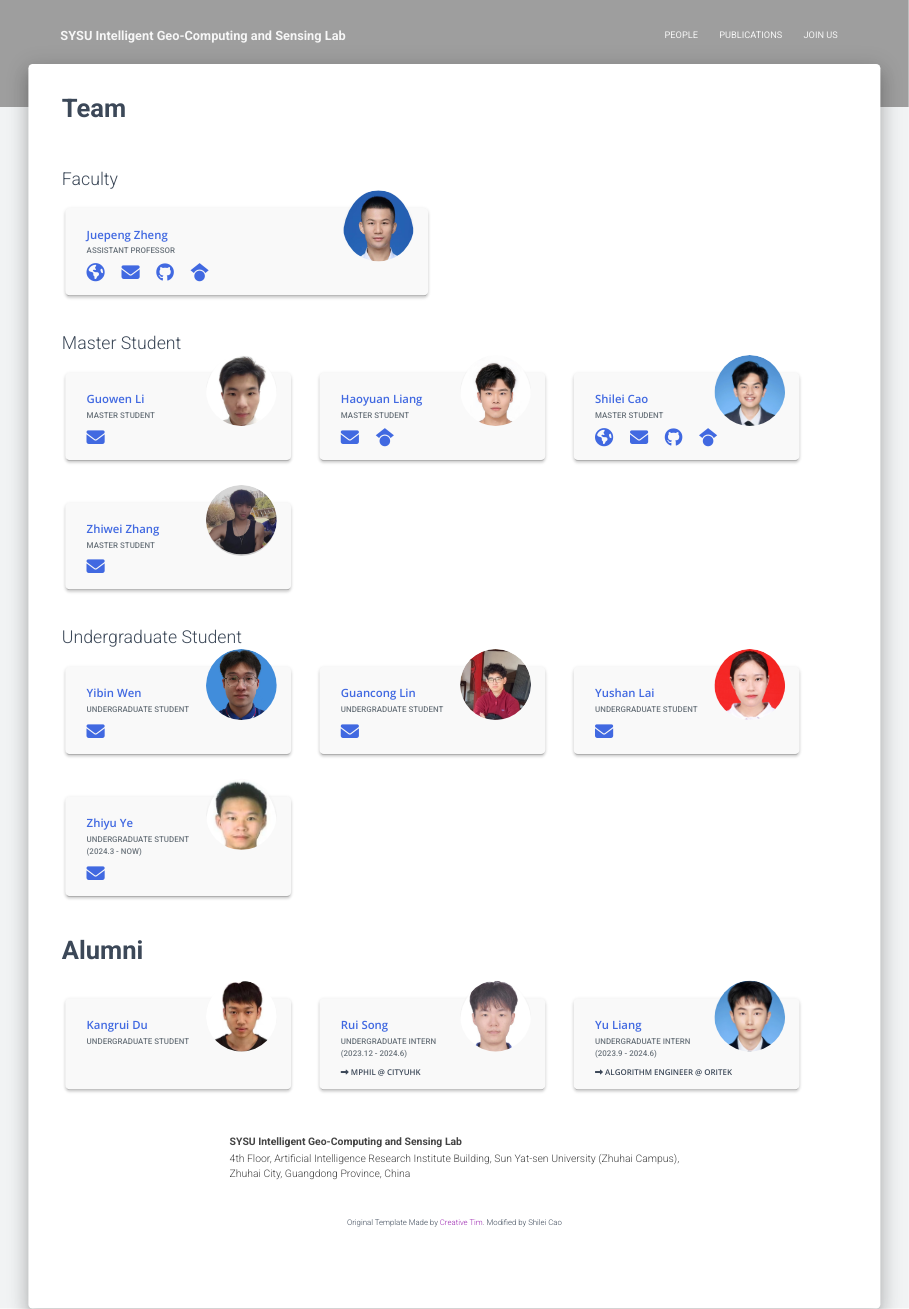
Repository: rssysu/rssysu.github.io
Page: people.html
An editor plug-in stored every save of this project. The page is shown before and after the next save, followed by the edit.
The browser window is 1280 px wide. The pictures show the whole page, at 71% of full size.
Pictures or frames that could not be fetched are drawn as grey boxes. Some web libraries are served in a nearby version.

Above is the page before, as saved 2025-03-18 20:45:08.

### people.html
<!DOCTYPE html>
<html lang="en">

<head>
    <meta charset="utf-8">
    <meta content="width=device-width, initial-scale=1.0, maximum-scale=1.0, user-scalable=0" name="viewport" />
    <meta http-equiv="X-UA-Compatible" content="IE=edge,chrome=1" />
    <!-- Favicons -->
    <!-- <link rel="apple-touch-icon" href="./assets/img/kit/free/apple-icon.png"> -->
    <link rel="icon" href="./assets/img/kit/free/sysu.ico">
    <title>
        SYSU IGCS Lab
    </title>
    <!--     Fonts and icons     -->
    <link rel="stylesheet" type="text/css" target="_blank" href="https://fonts.googleapis.com/css?family=Open+Sans:+400,500,600,700|Roboto:300,400,500,700|Roboto+Slab:400,700|Material+Icons" />
    <link rel="stylesheet" href="https://maxcdn.bootstrapcdn.com/font-awesome/latest/css/font-awesome.min.css" />
    <link rel="stylesheet" href="./assets/css/material-kit.css?v=2.0.2">
    <script src="https://kit.fontawesome.com/516fc2d02f.js" crossorigin="anonymous"></script>
    <!-- Documentation extras -->
    <!-- CSS Just for demo purpose, don't include it in your project -->
    <!-- <link href="./assets/assets-for-demo/demo.css" rel="stylesheet" /> -->
    <!-- iframe removal -->
</head>

<body class="index-page">
    <nav class="navbar navbar-color-on-scroll navbar-transparent navbar-light fixed-top navbar-expand-lg " color-on-scroll="0" id="sectionsNav">
        <div w3-include-html="header.html" class="container"></div>
    </nav>

    <div class="page-header2 header-filter clear-filter" data-parallax="true" style="background-image: url('assets/img/sysu1.jpg'); background-position-y: -170px; background-position: top;">
        <div class="container">
            <div class="row">
                <div class="col-md-8 ml-auto mr-auto">
                    <div class="brand">
                    </div>
                </div>
            </div>
        </div>
    </div>


    <div class="main main-raised">
        <div class="container">
            <div class="title" style="margin-bottom: 0em;">
              <h2><b>Team</b></h2>
            </div>
            <br>
            <div class="title" style="margin-bottom: -1em;">
                <h3>Faculty</h3>
            </div>

            <div class="row">
                <div class="card" style="width: 45%;">
                  <div class="card-body">
                        <div class="author">
                            <div class="avatar">
                                <img src="./assets/img/kit/faces/zjp-1.jpg" class="img-raised rounded-circle img-fluid"/>
                            </div>
                        </div>
                        <h4 class="card-title"> <a href= "./assets/resume/zjp.html" target="_blank"> Juepeng Zheng </a> </h4>
                        <h6 class="card-subtitle mb-2 text-muted">Assistant Professor</h6>
                        <!-- </a> -->
                    <a href="https://hail-alloy-af4.notion.site/Juepeng-Zheng-d3b70a4b409145139c91e55813cc80fa" class="card-link" target="_blank"><i class="fa fa-globe fa-2x" aria-hidden="true"></i></a>
                    <a href="mailto:" class="card-link"><i class="fa fa-envelope fa-2x" aria-hidden="true"></i></a>
                    <a href="https://github.com/rs-dl" class="card-link" target="_blank"><i class="fa fa-github fa-2x" aria-hidden="true"></i></a>
                    <a href="https://scholar.google.com/citations?user=xrb-A3kAAAAJ&hl=zh-CN&oi=ao" class="card-link" target="_blank"><i class="fa-brands fa-google-scholar fa-2x" aria-hidden="true"></i></a>
                  </div>
                </div>

            </div>

            <div class="title" style="margin-bottom: -1em;">
                <h3>Master Student</h3>
            </div>

            <div class="row">

                <div class="card" style="width: 28%;">
                    <div class="card-body">
                            <div class="author">
                                <div class="avatar">
                                    <img src="./assets/img/kit/faces/lgw.jpg" class="img-raised rounded-circle img-fluid"/>
                                </div>
                            </div>
                            <h4 class="card-title"> <a href="./assets/resume/lgw.html" target="_blank"> Guowen Li </a></h4>
                            <h6 class="card-subtitle mb-2 text-muted">Master Student</h6>

                            <a href="mailto:ligw8@mail2sysu.edu.cn" class="card-link"><i class="fa fa-envelope fa-2x" aria-hidden="true"></i></a>

                    </div>
                </div>

                <div class="card" style="width: 28%;">
                    <div class="card-body">
                            <div class="author">
                                <div class="avatar">
                                    <img src="./assets/img/kit/faces/lhy.jpg" class="img-raised rounded-circle img-fluid"/>
                                </div>
                            </div>
                            <h4 class="card-title"> <a href="./assets/resume/lhy.html" target="_blank">  Haoyuan Liang </a> </h4>
                            <h6 class="card-subtitle mb-2 text-muted">Master Student</h6>

                            <a href="mailto:lianghy68@mail2.sysu.edu.cn" class="card-link"><i class="fa fa-envelope fa-2x" aria-hidden="true"></i></a>
                            <a href="https://scholar.google.com/citations?hl=en&user=O40gNsQAAAAJ" class="card-link" target="_blank"><i class="fa-brands fa-google-scholar fa-2x" aria-hidden="true"></i></a>
                    </div>
                </div>

                <div class="card" style="width: 28%;">
                    <div class="card-body">
                          <div class="author">
                              <div class="avatar">
                                  <img src="./assets/img/kit/faces/csl.jpg" class="img-raised rounded-circle img-fluid"/>
                              </div>
                          </div>
                          <h4 class="card-title" > <a href="./assets/resume/csl.html" target="_blank">  Shilei Cao </a></h4>
                          <h6 class="card-subtitle mb-2 text-muted">Master Student</h6>
                            <a href="https://shileicao.github.io/" class="card-link" target="_blank"><i class="fa fa-globe fa-2x" aria-hidden="true"></i></a>
                            <a href="mailto:caoshlei@mail2.sysu.edu.cn" class="card-link"><i class="fa fa-envelope fa-2x" aria-hidden="true"></i></a>
                            <a href="https://github.com/ShileiCao" class="card-link" target="_blank"><i class="fa fa-github fa-2x" aria-hidden="true"></i></a>
                            <a href="https://scholar.google.com/citations?user=-bCjtakAAAAJ&hl=en" class="card-link" target="_blank"><i class="fa-brands fa-google-scholar fa-2x" aria-hidden="true"></i></a>
                    </div>
                </div>

                <div class="card" style="width: 28%;">
                    <div class="card-body">
                            <div class="author">
                                <div class="avatar">
                                    <img src="./assets/img/kit/faces/zzw.jpg" class="img-raised rounded-circle img-fluid"/>
                                </div>
                            </div>
                            <h4 class="card-title"> <a href="./assets/resume/zzw.html" target="_blank">  Zhiwei Zhang </a> </h4>
                            <h6 class="card-subtitle mb-2 text-muted">Master Student</h6>
                            <a href="mailto:zhangzhw65@mail2.sysu.edu.cn" class="card-link"><i class="fa fa-envelope fa-2x" aria-hidden="true"></i></a>
                    </div>
                </div>

            </div>


            <div class="title" style="margin-bottom: -1em;">
                <h3>Undergraduate Student</h3>
            </div>

            <div class="row">


                <div class="card" style="width: 28%;">
                    <div class="card-body">
                          <div class="author">
                              <div class="avatar">
                                  <img src="./assets/img/kit/faces/wyb.jpg" class="img-raised rounded-circle img-fluid"/>
                              </div>
                          </div>
                          <h4 class="card-title"> <a href="./assets/resume/wyb.html" target="_blank"> Yibin Wen </a></h4>
                          <h6 class="card-subtitle mb-2 text-muted">Undergraduate Student</h6>

                            <a href="mailto:wenyb5@mail2.sysu.edu.cn" class="card-link"><i class="fa fa-envelope fa-2x" aria-hidden="true"></i></a>

                    </div>
                </div>

                <div class="card" style="width: 28%;">
                    <div class="card-body">
                          <div class="author">
                              <div class="avatar">
                                  <img src="./assets/img/kit/faces/lgc.jpg" class="img-raised rounded-circle img-fluid"/>
                              </div>
                          </div>
                          <h4 class="card-title"> <a href="./assets/resume/lgc.html" target="_blank">  Guancong Lin </a></h4>
                          <h6 class="card-subtitle mb-2 text-muted">Undergraduate Student</h6>

                            <a href="mailto:lingc8@mail2.sysu.edu.cn" class="card-link"><i class="fa fa-envelope fa-2x" aria-hidden="true"></i></a>

                    </div>
                </div>

                <div class="card" style="width: 28%;">
                    <div class="card-body">
                          <div class="author">
                              <div class="avatar">
                                  <img src="./assets/img/kit/faces/lys.jpg" class="img-raised rounded-circle img-fluid"/>
                              </div>
                          </div>
                          <h4 class="card-title"> <a href="./assets/resume/lys.html" target="_blank"> Yushan Lai </a></h4>
                          <h6 class="card-subtitle mb-2 text-muted">Undergraduate Student</h6>

                            <a href="mailto:laiysh6@mail2.sysu.edu.cn" class="card-link"><i class="fa fa-envelope fa-2x" aria-hidden="true"></i></a>

                    </div>
                </div>

                <div class="card" style="width: 28%;">
                    <div class="card-body">
                          <div class="author">
                              <div class="avatar">
                                  <img src="./assets/img/kit/faces/yzy.jpg" class="img-raised rounded-circle img-fluid"/>
                              </div>
                          </div>
                          <h4 class="card-title"> <a href="./assets/resume/yzy.html" target="_blank"> Zhiyu Ye </a></h4>
                          <h6 class="card-subtitle mb-2 text-muted">Undergraduate Student (2024.3 - Now)</h6>
                          <a href="mailto:yezhy26@mail2.sysu.edu.cn" class="card-link"><i class="fa fa-envelope fa-2x" aria-hidden="true"></i></a>

                    </div>
                </div>

            </div>



            <div class="title" style="margin-bottom: 0em;">
              <h2><b>Alumni</b></h2>
            </div>
            <div class="row">

            <div class="card" style="width: 28%;">
                <div class="card-body">
                        <div class="author">
                            <div class="avatar">
                                <img src="./assets/img/kit/faces/dkr.jpg" class="img-raised rounded-circle img-fluid"/>
                            </div>
                        </div>
                        <h4 class="card-title"> <a href="./assets/resume/dkr.html" target="_blank"> Kangrui Du </a></h4>
                        <h6 class="card-subtitle mb-2 text-muted">Undergraduate Student</h6>

                        <!-- <a href="mailto:dukr6@mail2.sysu.edu.cn" class="card-link"><i class="fa fa-envelope fa-2x" aria-hidden="true"></i></a>        -->

                </div>
            </div>

            <div class="card" style="width: 28%;">
                <div class="card-body">
                      <div class="author">
                          <div class="avatar">
                              <img src="./assets/img/kit/faces/sr.jpg" class="img-raised rounded-circle img-fluid"/>
                          </div>
                      </div>
                      <h4 class="card-title"> <a href="./assets/resume/sr.html" target="_blank"> Rui Song </a> </h4>
                      <h6 class="card-subtitle mb-2 text-muted">Undergraduate Intern (2023.12 - 2024.6) </h6>
                      <h6 class="card-title"> <i class="fa fa-long-arrow-right" aria-hidden="true"></i> MPhil @ CityUHK  </h6>
                        <!-- <a href="mailto:1223324036@qq.com" class="card-link"><i class="fa fa-envelope fa-2x" aria-hidden="true"></i></a>        -->

                </div>
            </div>

            <div class="card" style="width: 28%;">
                <div class="card-body">
                      <div class="author">
                          <div class="avatar">
                              <img src="./assets/img/kit/faces/ly.jpg" class="img-raised rounded-circle img-fluid"/>
                          </div>
                      </div>
                      <h4 class="card-title"> <a href="./assets/resume/ly.html" target="_blank">  Yu Liang </a> </h4>
                      <h6 class="card-subtitle mb-2 text-muted">Undergraduate Intern (2023.9 - 2024.6) </h6>
                      <h6 class="card-title"> <i class="fa fa-long-arrow-right" aria-hidden="true"></i> Algorithm Engineer @ Oritek </h6>
                        <!-- <a href="mailto:liangy283@mail2.sysu.edu.cn" class="card-link"><i class="fa fa-envelope fa-2x" aria-hidden="true"></i></a>        -->

                </div>
            </div>

        </div>
    <!--     <div>

                <h4 class="card-title" style="margin-bottom: -0.5em;">Hyunseo Koh<font size="3em"> <font color="gray">(GIST MS, 2023)</font> <i class="fa fa-long-arrow-right" aria-hidden="true"></i> TBD</font></h4>
                <h4 class="card-title" style="margin-bottom: -0.5em;">Jihun Kim<font size="3em"> <font color="gray">(GIST MS, 2023)</font> <i class="fa fa-long-arrow-right" aria-hidden="true"></i> Minds and company (Mil. Oblig.)</font></h4>
                <h4 class="card-title" style="margin-bottom: -0.5em;">Dahyun Kim<font size="3em"> <font color="gray">(GIST MS, 2022)</font> <i class="fa fa-long-arrow-right" aria-hidden="true"></i> Upstage (Mil. Oblig.)</font></h4>
                <h4 class="card-title" style="margin-bottom: -0.5em;">YeongWoo Nam<font size="3em"> <font color="gray">(GIST MS, 2022)</font> <i class="fa fa-long-arrow-right" aria-hidden="true"></i> Saige Research (Mil. Oblig.)</font></h4>
                <h4 class="card-title" style="margin-bottom: -0.5em;">Taeil Oh<font size="3em"> <font color="gray">(GIST MS, 2022)</font> <i class="fa fa-long-arrow-right" aria-hidden="true"></i> Alsemy</font></h4>
                <h4 class="card-title" style="margin-bottom: -0.5em;">Mohammad Mostafavi<font size="3em"> <font color="gray">(GIST Ph.D., 2021, co-advised by Prof. Kuk-Jin Yoon (KAIST))</font> <i class="fa fa-long-arrow-right" aria-hidden="true"></i> Research Scientist @ Lunit</font></h4>
                <h4 class="card-title" style="margin-bottom: -0.5em;">Dongmin Kang <font size="3em"><font color="gray">(GIST MS, 2021)</font> <i class="fa fa-long-arrow-right" aria-hidden="true"></i> Researcher @ GIST AI Institute (Mil. Oblig.) <i class="fa fa-long-arrow-right" aria-hidden="true"></i> SI Analytics (Mil. Oblig.)</h4>
                <h4 class="card-title" style="margin-bottom: -0.5em;">Jinwoo Nam <font size="3em"><font color="gray">(GIST MS, 2021)</font> <i class="fa fa-long-arrow-right" aria-hidden="true"></i> Knowre Inc. (Mil. Oblig.)</h4>
                <h4 class="card-title" style="margin-bottom: -0.5em;">Yeonsik Jo <font size="3em"><font color="gray">(GIST MS, 2021)</font> <i class="fa fa-long-arrow-right" aria-hidden="true"></i> Research Engineer @ LG AI Research</h4>

                <div style="margin-bottom: 2em;"></div>

            </div> -->
<!--
            <div class="title" style="margin-bottom: 0em;">
                <h3>Alumni - Undergraduate Interns</h3>
            </div>

            <div>

                <h4 class="card-title" style="margin-bottom: -0.5em;">Yu Yeong Kim<font size="3em"> <font color="gray">(GIST BS, 2023)</font> <i class="fa fa-long-arrow-right" aria-hidden="true"></i> KAIST GS AI</font></h4>
                <h4 class="card-title" style="margin-bottom: -0.5em;">Daneul Kim<font size="3em"> <font color="gray">(GIST BS, 2023)</font> <i class="fa fa-long-arrow-right" aria-hidden="true"></i> SNU GS AI</font></h4>
                <h4 class="card-title" style="margin-bottom: -0.5em;">Pratham Sahu<font size="3em"> <font color="gray">(IITK BS, 2025?)</font> <i class="fa fa-long-arrow-right" aria-hidden="true"></i> TBD</font></h4>
                <h4 class="card-title" style="margin-bottom: -0.5em;">Divyam Goel<font size="3em"> <font color="gray">(IITR BS, 2023)</font> <i class="fa fa-long-arrow-right" aria-hidden="true"></i> TBD</font></h4>
                <h4 class="card-title" style="margin-bottom: -0.5em;">Suvaansh Bhambri<font size="3em"> <font color="gray">(IITR BS, 2022)</font> <i class="fa fa-long-arrow-right" aria-hidden="true"></i> TBD</font></h4>
                <h4 class="card-title" style="margin-bottom: -0.5em;">Sunoh Lee<font size="3em"> <font color="gray">(GIST BS, 2022)</font> <i class="fa fa-long-arrow-right" aria-hidden="true"></i> Researcher @ ADD (Mil. Oblig.)</font></h4>
                <h4 class="card-title" style="margin-bottom: -0.5em;">Ashish Sinha<font size="3em"> <font color="gray">(IITR BS, 2021)</font> <i class="fa fa-long-arrow-right" aria-hidden="true"></i> Grad. Student @ Simon Fraser University</font></h4>
                <h4 class="card-title" style="margin-bottom: -0.5em;">Daeun Kyung<font size="3em"> <font color="gray">(GIST BS, 2021)</font> <i class="fa fa-long-arrow-right" aria-hidden="true"></i> Grad. student @ KAIST GS AI</h4>
                <h4 class="card-title" style="margin-bottom: -0.5em;">Kunal Pratap Singh <font size="3em"><font color="gray">(IITR BS, 2021)</font> <i class="fa fa-long-arrow-right" aria-hidden="true"></i> Predoctoral Young Investigator @ AI2 <i class="fa fa-long-arrow-right" aria-hidden="true"></i> Ph.D. Student @ EPFL</h4>
                <h4 class="card-title" style="margin-bottom: -0.5em;">Jaeyoung Ahn <font size="3em"><font color="gray">(GIST BS, 2021)</font> <i class="fa fa-long-arrow-right" aria-hidden="true"></i> Deeping Source Inc.</h4>
                <h4 class="card-title" style="margin-bottom: -0.5em;">Dahyun Kim<font size="3em"> <font color="gray">(GIST BS, 2020)</font> <i class="fa fa-long-arrow-right" aria-hidden="true"></i> Join our lab</font></h4>
                <h4 class="card-title" style="margin-bottom: -0.5em;">Donggun Lee <font size="3em"><font color="gray">(GIST BS, 2020)</font> <i class="fa fa-long-arrow-right" aria-hidden="true"></i> Grad. student @ POSTECH Graphics Lab.</h4>
                <h4 class="card-title" style="margin-bottom: -0.5em;">Jihwan Bae <font size="3em"><font color="gray">(GIST BS, 2020)</font> <i class="fa fa-long-arrow-right" aria-hidden="true"></i> Researcher @ ADD (Mil. Oblig.)</font></h4>

                <div style="margin-bottom: 2em;"></div>

            </div>
        </div>
    </div> -->
    <!--  End Modal -->
    <div w3-include-html="footer.html"></div>

    <!--   Core JS Files   -->
    <script src="./assets/js/core/jquery.min.js"></script>
    <script src="./assets/js/core/popper.min.js"></script>
    <script src="./assets/js/bootstrap-material-design.js"></script>
    <!--  Plugin for Date Time Picker and Full Calendar Plugin  -->
    <script src="./assets/js/plugins/moment.min.js"></script>
    <!--	Plugin for the Datepicker, full documentation here: https://github.com/Eonasdan/bootstrap-datetimepicker -->
    <script src="./assets/js/plugins/bootstrap-datetimepicker.min.js"></script>
    <!--	Plugin for the Sliders, full documentation here: http://refreshless.com/nouislider/ -->
    <script src="./assets/js/plugins/nouislider.min.js"></script>
    <!-- Material Kit Core initialisations of plugins and Bootstrap Material Design Library -->
    <script src="./assets/js/material-kit.js?v=2.0.2"></script>
    <!-- Fixed Sidebar Nav - js With initialisations For Demo Purpose, Don't Include it in your project -->
    <script src="./assets/assets-for-demo/js/material-kit-demo.js"></script>
    <!-- including html -->
    <script src="./assets/js/include-html.js"></script>
    <script>
        $(document).ready(function() {

            //init DateTimePickers
            materialKit.initFormExtendedDatetimepickers();

            // // Sliders Init
            // materialKit.initSliders();

            includeHTML();
        });
    </script>
</body>

</html>

Loaded but not shown: assets/css/material-kit.css (library); assets/js/core/jquery.min.js (library); assets/js/core/popper.min.js (library); assets/js/bootstrap-material-design.js (library); assets/js/plugins/moment.min.js (library); assets/js/plugins/bootstrap-datetimepicker.min.js (library); assets/js/plugins/nouislider.min.js (library); assets/js/material-kit.js (446 lines, source omitted); assets/assets-for-demo/js/material-kit-demo.js (98 lines, source omitted); assets/js/include-html.js (27 lines, source omitted); header.html (59 lines, source omitted); footer.html (36 lines, source omitted)

After the next save:
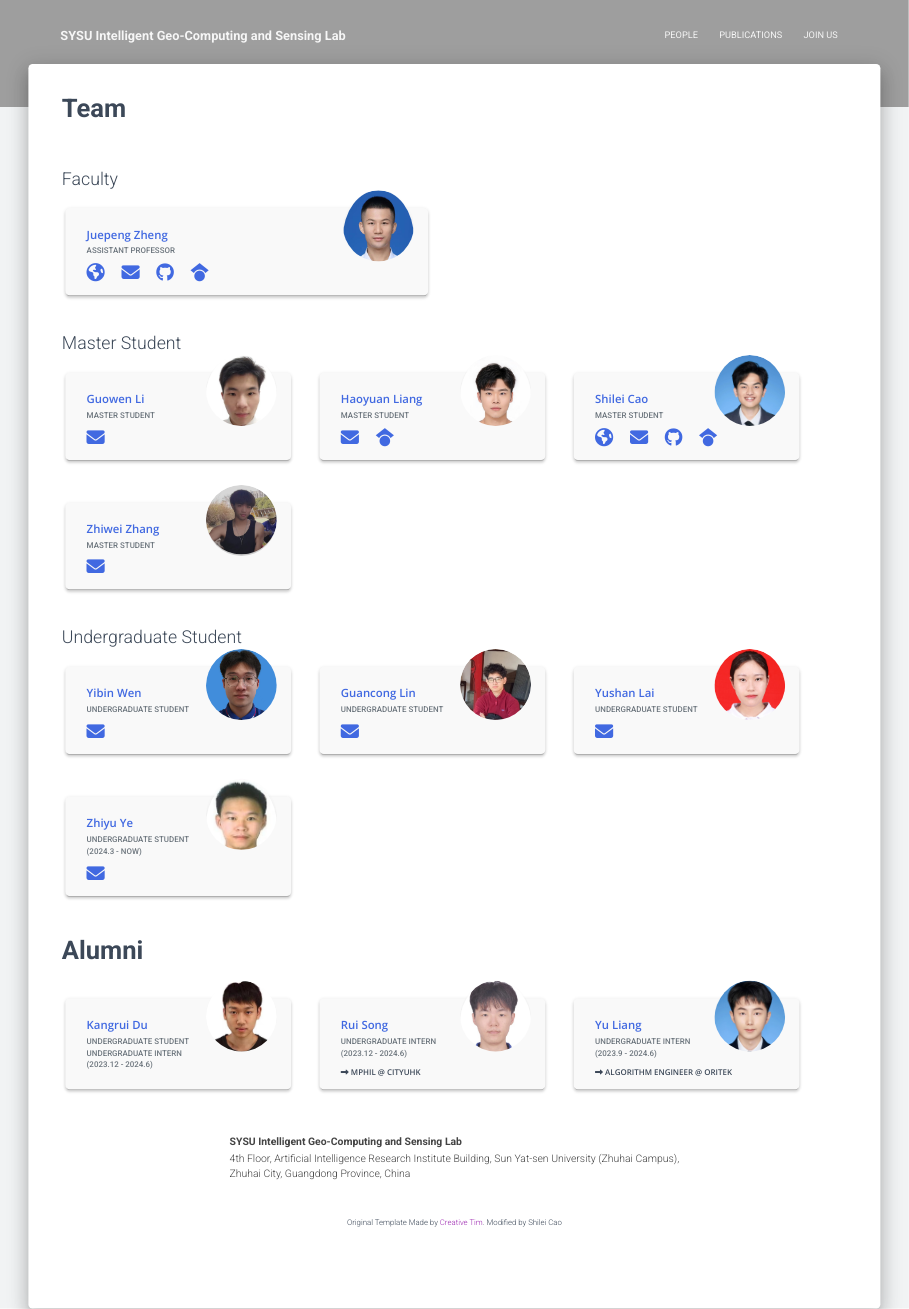
Saved 55 s later.
--- a/people.html
+++ b/people.html
@@ -221,7 +221,7 @@
                         </div>
                         <h4 class="card-title"> <a href="./assets/resume/dkr.html" target="_blank"> Kangrui Du </a></h4>
                         <h6 class="card-subtitle mb-2 text-muted">Undergraduate Student</h6>
-
+                        <h6 class="card-subtitle mb-2 text-muted">Undergraduate Intern (2023.12 - 2024.6) </h6>
                         <!-- <a href="mailto:dukr6@mail2.sysu.edu.cn" class="card-link"><i class="fa fa-envelope fa-2x" aria-hidden="true"></i></a>        -->
 
                 </div>
